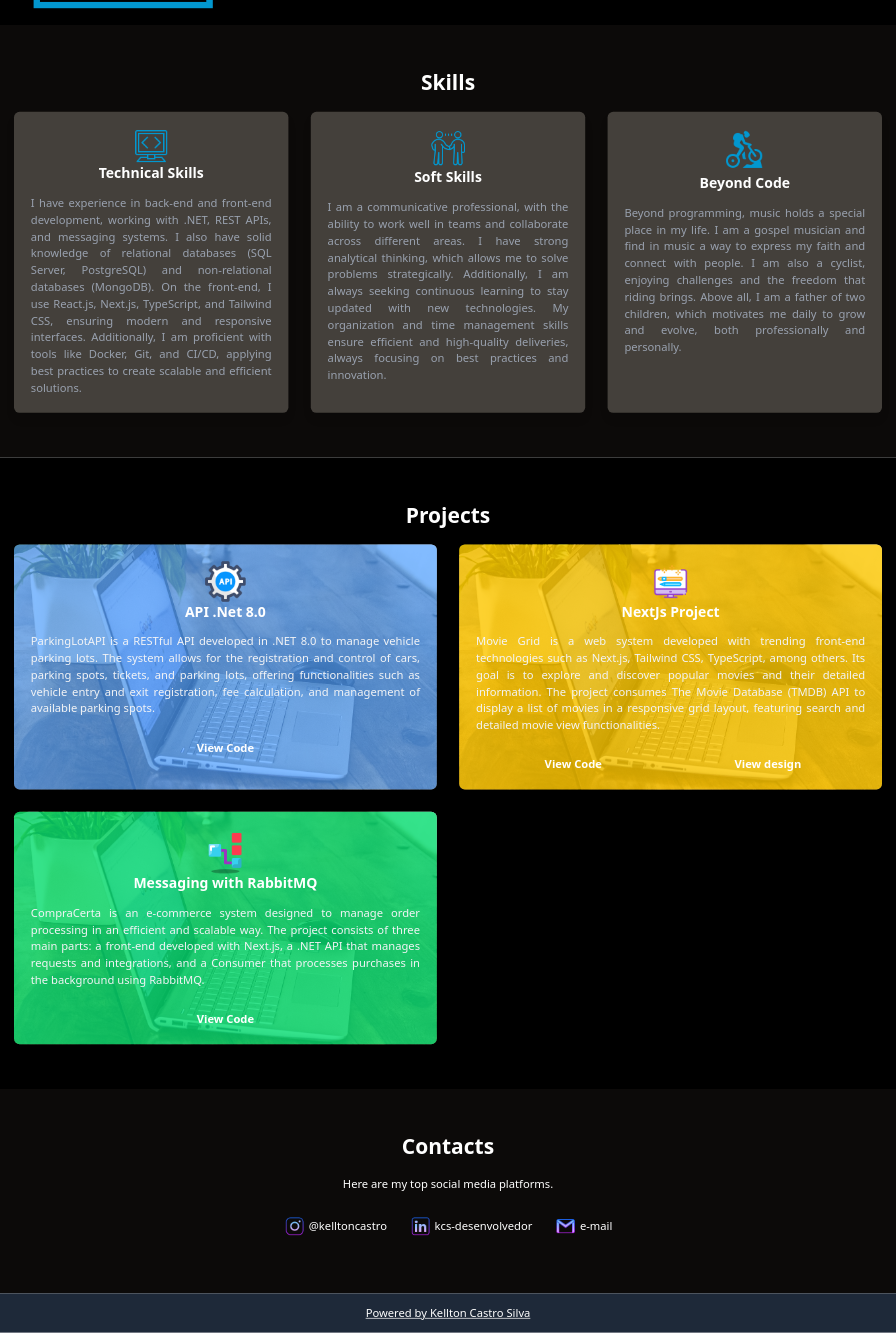
Repository: kcsdesenvolvedor/portfolio
Page: index.html
The author's editor kept a copy of each file at every save. The page is drawn from the files as they stood at one save, then again after the next save.
The browser window is 1280 px wide. The pictures show the part of the page from y = 934 to 2854 px (the page is 2838 px tall before and 2854 px after), at 70% of full size.

Above is the page before, as saved 2025-03-26 20:35:40.
Console error: TypeError: Cannot read properties of null (reading 'textContent')

### index.html
<!DOCTYPE html>
<html lang="en">
<head>
    <meta charset="UTF-8">
    <meta name="viewport" content="width=device-width, initial-scale=1.0">
    <link rel="icon" href="./img/faviconK.png" type="image/x-icon">
    <link href="./output.css" rel="stylesheet">
    <title>Kellton Castro</title>
    <style>
        .typing-container {
        font-family: 'Courier New', monospace;
        font-size: 24px;
        color: #333;
        white-space: nowrap;
        overflow: hidden;
        border-right: 2px solid black;
        display: inline-block;
        animation: blink-caret 0.7s step-end infinite;
        }

        #typing-text {
            height: 40px;
        }

        @keyframes blink-caret {
        from, to {
            border-color: transparent;
        }
        50% {
            border-color: black;
        }
        }


        @keyframes fadeIn {
            from {
                opacity: 0;
                transform: translateY(20px);
            }
            to {
                opacity: 1;
                transform: translateY(0);
            }
        }

        .fade-in {
            animation: fadeIn 1s ease-in-out;
        }
    </style>
</head>
<body class="bg-gray-100 font-sans">
    <header>
        <nav class="fixed top-0 z-50 w-full px-4 py-4 flex justify-between items-center bg-stone-950">
            <div class="lg:hidden">
                <button class="navbar-burger flex items-center text-blue-600 p-3">
                    <svg class="block h-4 w-4 fill-current" viewBox="0 0 20 20" xmlns="http://www.w3.org/2000/svg">
                        <title>Mobile menu</title>
                        <path d="M0 3h20v2H0V3zm0 6h20v2H0V9zm0 6h20v2H0v-2z"></path>
                    </svg>
                </button>
            </div>
            <div>
                <ul class="hidden absolute top-1/2 left-1/2 transform -translate-y-1/2 -translate-x-1/2 lg:mx-auto lg:flex lg:items-center lg:w-auto lg:space-x-20">
                    <li><a class="text-sm text-blue-600/80 dark:text-sky-400/80 hover:text-white" href="#home" data-i18n="home"></a></li>
                    <li><a class="text-sm text-blue-600/80 dark:text-sky-400/80 hover:text-white" href="#about" data-i18n="about"></a></li>
                    <li><a class="text-sm text-blue-600/80 dark:text-sky-400/80 hover:text-white" href="#skills" data-i18n="skills"></a></li>
                    <li><a class="text-sm text-blue-600/80 dark:text-sky-400/80 hover:text-white" href="#projects" data-i18n="projects"></a></li>
                    <li><a class="text-sm text-blue-600/80 dark:text-sky-400/80 hover:text-white" href="#contacts" data-i18n="contacts"></a></li>
                </ul>
            </div>
            <div class="w-lg">
                <select id="language-select" class="border-2 border-blue-600/80 dark:border-sky-400/80 text-blue-600/80 dark:text-sky-400/80 bg-transparent rounded-lg px-4 py-2">
                    <option value="en">English</option>
                    <option value="pt">Português</option>
                </select>
            </div>
        </nav>
        <div class="navbar-menu fixed top-0 z-50 w-full hidden">
            <div class="navbar-backdrop fixed inset-0 bg-gray-800 opacity-25"></div>
            <nav class="fixed top-0 left-0 bottom-0 flex flex-col w-5/6 max-w-sm py-6 px-6 bg-white border-r overflow-y-auto">
                <div class="flex items-center mb-8">
                    <a class="mr-auto text-3xl font-bold leading-none" href="#">
                        <img class="w-16" src="./img/logo.png" alt="">
                    </a>
                    <button class="navbar-close">
                        <svg class="h-6 w-6 text-gray-400 cursor-pointer hover:text-gray-500" xmlns="http://www.w3.org/2000/svg" fill="none" viewBox="0 0 24 24" stroke="currentColor">
                            <path stroke-linecap="round" stroke-linejoin="round" stroke-width="2" d="M6 18L18 6M6 6l12 12"></path>
                        </svg>
                    </button>
                </div>
                <div>
                    <ul>
                        <li class="mb-1">
                            <a class="navbar-itemMenu block p-4 text-sm font-semibold text-gray-400 hover:bg-blue-50 hover:text-blue-600 rounded" href="#home" data-i18n="home"></a>
                        </li>
                        <li class="mb-1">
                            <a class="navbar-itemMenu block p-4 text-sm font-semibold text-gray-400 hover:bg-blue-50 hover:text-blue-600 rounded" href="#about" data-i18n="about"></a>
                        </li>
                        <li class="mb-1">
                            <a class="navbar-itemMenu block p-4 text-sm font-semibold text-gray-400 hover:bg-blue-50 hover:text-blue-600 rounded" href="#skills" data-i18n="skills"></a>
                        </li>
                        <li class="mb-1">
                            <a class="navbar-itemMenu block p-4 text-sm font-semibold text-gray-400 hover:bg-blue-50 hover:text-blue-600 rounded" href="#projects" data-i18n="projects"></a>
                        </li>
                        <li class="mb-1">
                            <a class="navbar-itemMenu block p-4 text-sm font-semibold text-gray-400 hover:bg-blue-50 hover:text-blue-600 rounded" href="#contact" data-i18n="contacts"></a>
                        </li>
                    </ul>
                </div>
                <div class="mt-auto">

                    <a href="https://kcode2025.github.io/sucess-history" target="_blank">
                        <p class="my-4 text-xs text-center text-gray-400">
                            Powered by Success Story
                        </p>
                    </a>
                </div>
            </nav>
        </div>
    </header>


    <!-- Home Section -->
    <section id="home" class="flex flex-col-reverse lg:flex-row lg:justify-around justify-between bg-stone-950 text-white text-center pt-20 lg:pb-0 pb-5 px-10 fade-in">
        <!-- Div do texto -->
        <div class="self-center w-full flex items-center justify-center">
            <div class="flex flex-col lg:w-2/4"> <!-- Ajuste essa div para ocupar 100% da largura -->
                <p class="text-md text-left" data-i18n="hello"></p>
                <p class="text-3xl text-blue-600/80 dark:text-sky-400/80 text-left font-semibold" data-i18n="apresentationMe"></p>
                <p class="text-lg text-gray-400 text-left font-semibold mb-2" data-i18n="myProfission"></p>
                <p class="text-xs text-gray-400 text-left font-semibold mb-8" data-i18n="welcomePortfolio"></p>
                <a href="#contact" class="bg-blue-600/80 dark:bg-sky-400/80 text-white font-bold w-2/4 py-3 px-6 border-2 rounded-lg shadow-lg hover:bg-black hover:text-blue-600/80 hover:dark:text-sky-400/80 hover:border-blue-600/80 hover:dark:border-sky-400/80 hover:border-2 transition delay-150 duration-300 ease-in-out" data-i18n="contacts"></a>
            </div>
        </div>

        <!-- Div da imagem -->
        <div class="flex justify-center lg:justify-end lg:w-2/4">
            <img class="min-w-2/4 object-contain" src="./img/perfil-portfolio2.png">
        </div>
    </section>

    <!-- Sobre -->
    <section id="about" class="flex flex-col lg:flex-row items-center justify-center space-y-10 lg:space-y-0 lg:space-x-20 py-16 bg-black border-r-gray-900 fade-in">
        <div class="relative flex justify-center">
            <!-- Moldura (posição de fundo) -->
            <img src="./img/moldura.png" class="w-3xs h-3xs absolute -left-5 top-5 lg:-left-10 lg:top-10" alt="moldura do perfil">

            <!-- Imagem de perfil (fica por cima) -->
            <img src="./img/perfil-portfolio1.png" class="w-3xs h-3xs relative z-10" alt="meu perfil">
        </div>
        <div class="px-5 w-full lg:w-3xl text-center lg:text-left">
            <h3 class="text-3xl text-white font-bold mb-2" data-i18n="about"></h3>
            <div class="w-20 h-0.5 bg-blue-600/80 dark:bg-sky-400/80 mb-3 mx-auto lg:mx-0"></div>
            <p class="text-gray-400 text-left w-full mb-8" data-i18n="aboutMeInfo"></p>
            <div class="flex flex-col lg:flex-row w-full lg:w-2/4 gap-4">
                <a href="#contact" class="bg-blue-600/80 dark:bg-sky-400/80 text-center text-white font-bold w-full lg:w-2/4 py-3 px-6 border-2 rounded-lg shadow-lg hover:bg-black hover:text-blue-600/80 hover:dark:text-sky-400/80 hover:border-blue-600/80 hover:dark:border-sky-400/80 hover:border-2 transition delay-150 duration-300 ease-in-out" data-i18n="contacts"></a>
                <a href="cv/Kellton.pdf" download="Kellton.pdf" class="bg-black text-center border-blue-600/80 dark:border-sky-400/80 text-blue-600/80 dark:text-sky-400/80 font-bold w-full lg:w-2/4 py-3 px-6 border-2 rounded-lg shadow-lg hover:text-white hover:border-white hover:border-2 transition delay-150 duration-300 ease-in-out">
                    Download CV
                </a>
            </div>
        </div>
    </section>



    <!-- Skills -->
    <section id="skills" class="py-16 bg-stone-950 fade-in">
        <div class="container mx-auto text-center">
            <h3 class="text-3xl text-white font-bold mb-6" data-i18n="skills"></h3>
            <div class="px-5 grid grid-cols-1 md:grid-cols-3 gap-8">
                <div class="flex flex-col items-center bg-stone-700 p-6 rounded-lg shadow-lg transition delay-150 duration-300 transform hover:scale-105 hover:shadow-xl">
                    <img src="./img/hard-skills.png" alt="image hard skills">
                    <h4 class="text-xl text-white font-bold mb-4" data-i18n="technicalSkills"></h4>
                    <p class="text-gray-400 text-justify" data-i18n="technicalSkillsInfo"></p>
                </div>
                <div class="flex flex-col items-center bg-stone-700 p-6 rounded-lg shadow-lg transition delay-150 duration-300 transform hover:scale-105 hover:shadow-xl">
                    <img src="./img/soft-skills.png" class="h-14" alt="image soft skills">
                    <h4 class="text-xl text-white font-bold mb-4" data-i18n="softSkills"></h4>
                    <p class="text-gray-400 text-justify" data-i18n="softSkillsInfo"></p>
                </div>
                <div class="flex flex-col items-center bg-stone-700 p-6 rounded-lg shadow-lg transition delay-150 duration-300 transform hover:scale-105 hover:shadow-xl">
                    <img src="./img/beyond-code.png" alt="imagem de beyond code">
                    <h4 class="text-xl text-white font-bold mb-4" data-i18n="beyondCode"></h4>
                    <p class="text-gray-400 text-justify" data-i18n="beyondCodeInfo"></p>
                </div>
            </div>
        </div>
    </section>

    <!-- Projetos -->
    <section id="projects" class="py-16 bg-black fade-in">
        <div class="container mx-auto text-center">
            <h3 class="text-3xl text-white font-bold mb-6" data-i18n="projects"></h3>
            <div class="px-5 grid grid-cols-1 md:grid-cols-2 gap-8">
                <div class="relative bg-stone-700 p-6 rounded-lg shadow-lg
                bg-[url('./img/homeoffice.jpg')] bg-cover bg-center bg-opacity-20">
                    <div class="absolute inset-0 bg-blue-400/70 rounded-lg"></div>
                    <div class="relative z-10 flex flex-col items-center">
                        <img src="./img/api.png" alt="image api">
                        <h4 class="text-xl text-white font-bold mb-4">API .Net 8.0</h4>
                        <p class="text-gray-100 text-justify" data-i18n="apiProjectInfo"></p>
                        <div class="flex justify-center mt-8 w-full">
                            <a href="https://github.com/kcsdesenvolvedor/ParkingLotAPI" class="text-white font-semibold w-full lg:w-2/4 px-6 hover:text-blue-600/80 hover:dark:text-sky-400/80 transition delay-150 duration-300 ease-in-out" target="_blank" data-i18n="viewCode"></a>
                        </div>
                    </div>
                </div>
                <div class="relative bg-stone-700 p-6 rounded-lg shadow-lg
                bg-[url('./img/homeoffice.jpg')] bg-cover bg-center bg-opacity-20">
                    <div class="absolute inset-0 bg-yellow-400/80 rounded-lg"></div>
                    <div class="relative z-10 flex flex-col items-center">
                        <img src="./img/next-project.png" alt="image nextjs project">
                        <h4 class="text-xl text-white font-bold mb-4" data-i18n="nextjsProject"></h4>
                        <p class="text-gray-100 text-justify" data-i18n="nextjsProjectInfo"></p>
                        <div class="flex justify-between mt-8 w-full">
                            <a href="https://github.com/kcsdesenvolvedor/Movie-Grid" class=" text-white font-semibold w-full lg:w-2/4 px-6 hover:text-blue-600/80 hover:dark:text-sky-400/80 transition delay-150 duration-300 ease-in-out" target="_blank" data-i18n="viewCode"></a>
                            <a href="https://movie-grid-blue.vercel.app/" class=" text-white font-semibold w-full lg:w-2/4 px-6 hover:text-blue-600/80 hover:dark:text-sky-400/80 transition delay-150 duration-300 ease-in-out" target="_blank" data-i18n="viewDesign"></a>
                        </div>
                    </div>
                </div>
                <div class="relative flex flex-col items-center bg-stone-700 p-6 rounded-lg shadow-lg
                bg-[url('./img/homeoffice.jpg')] bg-cover bg-center bg-opacity-20">
                    <div class="absolute inset-0 bg-green-400/80 rounded-lg"></div>
                    <div class="relative z-10 flex flex-col items-center">
                        <img src="./img/mensageria.png" alt="imagem de mensageria">
                        <h4 class="text-xl text-white font-bold mb-4" data-i18n="messagingWithRabbitMQ"></h4>
                        <p class="text-gray-100 text-justify" data-i18n="messagingWithRabbitMQInfo"></p>
                        <div class="flex justify-center mt-8 w-full">
                            <a href="https://github.com/kcsdesenvolvedor/compra-certa" class="text-white font-semibold w-full lg:w-2/4 px-6 hover:text-blue-600/80 hover:dark:text-sky-400/80 transition delay-150 duration-300 ease-in-out" target="_blank" data-i18n="viewCode"></a>
                        </div>
                    </div>
                </div>
            </div>
        </div>
    </section>

    <!-- Contato -->
    <section id="contacts" class="py-16 bg-stone-950 text-white text-center fade-in">
        <div class="container mx-auto px-2">
            <h3 class="text-3xl font-bold mb-6" data-i18n="contacts"></h3>
            <p class="mb-8" data-i18n="mainSocialMediaInfo"></p>
            <form class="max-w-lg mx-auto">
                <div class="flex flex-col justify-center lg:flex-row mb-4 gap-8">
                    <a href="https://www.cityfootballgroup.com/" target="_blank">
                        <div class="flex gap-1 items-center">
                            <img class="h-8 w-8" src="./img/instagram.png" alt="imagem do instagram">
                            <p class="text-1xl">@kelltoncastro</p>
                        </div>
                    </a>
                    <a href="https://x.com/HHmansour" target="_blank">
                        <div class="flex gap-1 items-center">
                            <img class="h-8 w-8" src="./img/linkedin.png" alt="imagem do linkedin">
                            <p class="text-1xl">kcs-desenvolvedor</p>
                        </div>
                    </a>
                    <a href="https://x.com/HHmansour" target="_blank">
                        <div class="flex gap-1 items-center">
                            <img class="h-8 w-8" src="./img/gmail.png" alt="imagem do gmail">
                            <p class="text-1xl">e-mail</p>
                        </div>
                    </a>
                </div>
            </form>
        </div>
    </section>

    <!-- Footer -->
    <footer class="bg-gray-800 text-white text-center py-4">
        <a class="cursor-pointer" href="https://kcode2025.github.io/sucess-history" target="_blank"><p class="underline">Powered by Kellton Castro Silva</p></a>
    </footer>

    <!-- Script -->
    <script>
        // Burger menus
        document.addEventListener('DOMContentLoaded', function() {
            // open
            const burger = document.querySelectorAll('.navbar-burger');
            const menu = document.querySelectorAll('.navbar-menu');

            if (burger.length && menu.length) {
                for (var i = 0; i < burger.length; i++) {
                    burger[i].addEventListener('click', function() {
                        for (var j = 0; j < menu.length; j++) {
                            menu[j].classList.toggle('hidden');
                        }
                    });
                }
            }

            // close
            const close = document.querySelectorAll('.navbar-close');
            const backdrop = document.querySelectorAll('.navbar-backdrop');
            const itemMenu = document.querySelectorAll('.navbar-itemMenu');

            if (close.length) {
                for (var i = 0; i < close.length; i++) {
                    close[i].addEventListener('click', function() {
                        for (var j = 0; j < menu.length; j++) {
                            menu[j].classList.toggle('hidden');
                        }
                    });
                }
            }

            if (backdrop.length) {
                for (var i = 0; i < backdrop.length; i++) {
                    backdrop[i].addEventListener('click', function() {
                        for (var j = 0; j < menu.length; j++) {
                            menu[j].classList.toggle('hidden');
                        }
                    });
                }
            }

            if (itemMenu.length) {
                for (var i = 0; i < itemMenu.length; i++) {
                    itemMenu[i].addEventListener('click', function() {
                        for (var j = 0; j < menu.length; j++) {
                            menu[j].classList.toggle('hidden');
                        }
                    });
                }
            }
        });

        // animação de digitação

        const texts = [
        "Visionary Leader",
        "Sports Enthusiast",
        "City Football Group Owner",
        "Innovative Investor",
        "Philanthropist",
        "Economic Pioneer",
        "Influential Figure",
        "Strategic Thinker",
        "Cultural Advocate",
        "Inspiring Icon"
        ];

        let currentTextIndex = 0;
        let charIndex = 0;
        const typingSpeed = 100; // Velocidade de digitação (ms por caractere)
        const erasingSpeed = 50; // Velocidade de apagar
        const delayBetweenTexts = 2000; // Tempo antes de trocar para o próximo texto

        const typingElement = document.getElementById("typing-text");

        function typeText() {
        if (charIndex < texts[currentTextIndex].length) {
            typingElement.textContent += texts[currentTextIndex].charAt(charIndex);
            charIndex++;
            setTimeout(typeText, typingSpeed);
        } else {
            setTimeout(eraseText, delayBetweenTexts);
        }
        }

        function eraseText() {
        if (charIndex > 0) {
            typingElement.textContent = texts[currentTextIndex].substring(0, charIndex - 1);
            charIndex--;
            setTimeout(eraseText, erasingSpeed);
        } else {
            currentTextIndex = (currentTextIndex + 1) % texts.length;
            setTimeout(typeText, typingSpeed);
        }
        }

        // Começar a animação
        document.addEventListener("DOMContentLoaded", () => {
        setTimeout(typeText, delayBetweenTexts);
        });

        </script>
        <script src="./js/main.js"></script>
        <script src="./js/translations.js"></script>
</body>
</html>

Loaded but not shown: js/translations.js (56 lines, source omitted); js/main.js (24 lines, source omitted); output.css (1429 lines, source omitted)

After the next save:
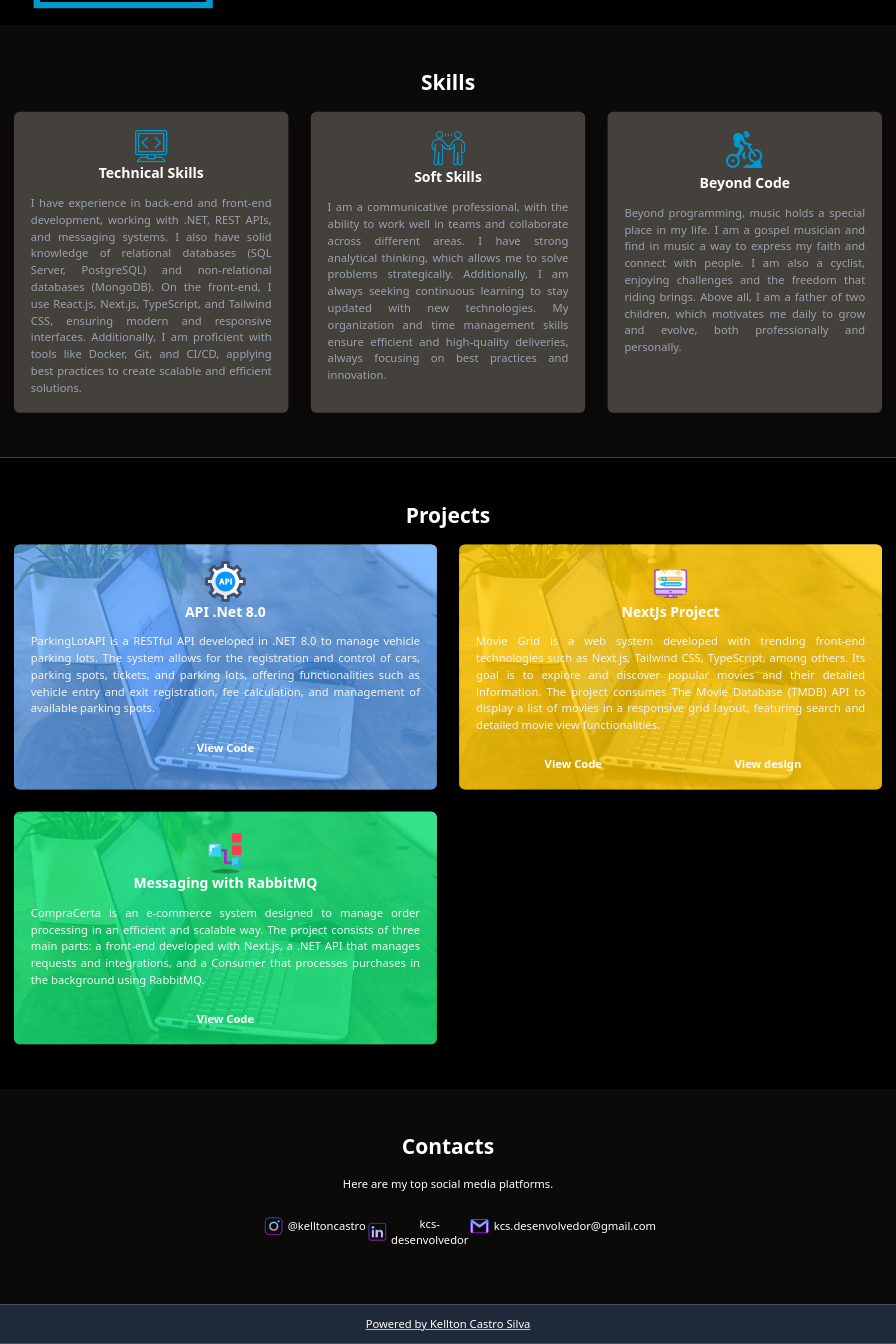
Saved 6 min 7 s later.
--- a/index.html
+++ b/index.html
@@ -240,22 +240,22 @@
             <p class="mb-8" data-i18n="mainSocialMediaInfo"></p>
             <form class="max-w-lg mx-auto">
                 <div class="flex flex-col justify-center lg:flex-row mb-4 gap-8">
-                    <a href="https://www.cityfootballgroup.com/" target="_blank">
+                    <a href="https://www.instagram.com/kelltoncastro/" target="_blank">
                         <div class="flex gap-1 items-center">
                             <img class="h-8 w-8" src="./img/instagram.png" alt="imagem do instagram">
                             <p class="text-1xl">@kelltoncastro</p>
                         </div>
                     </a>
-                    <a href="https://x.com/HHmansour" target="_blank">
+                    <a href="https://www.linkedin.com/in/kcs-desenvolvedor/" target="_blank">
                         <div class="flex gap-1 items-center">
                             <img class="h-8 w-8" src="./img/linkedin.png" alt="imagem do linkedin">
                             <p class="text-1xl">kcs-desenvolvedor</p>
                         </div>
                     </a>
-                    <a href="https://x.com/HHmansour" target="_blank">
+                    <a href="kcs.desenvolvedor@gmail.com" target="_blank">
                         <div class="flex gap-1 items-center">
                             <img class="h-8 w-8" src="./img/gmail.png" alt="imagem do gmail">
-                            <p class="text-1xl">e-mail</p>
+                            <p class="text-1xl">kcs.desenvolvedor@gmail.com</p>
                         </div>
                     </a>
                 </div>
